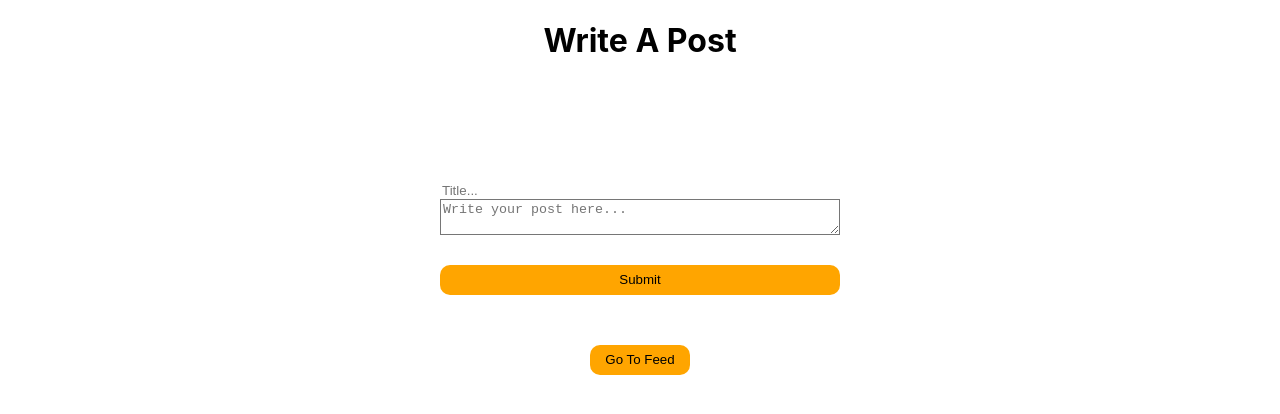
Repository: shaelorch/comp-week4
Page: /addPosts
The author's editor kept a copy of each file at every save. The page is drawn from the files as they stood at one save, then again after a run of saves.
The browser window is 1280 px wide. The pictures show the whole page.
The project was rebuilt for these pictures with package versions that can differ from the ones it lists, and the page was loaded fresh each time. The framework's server and built-in components were replaced by stand-ins that run in the browser. Also part of the build but not shown: next.config.js.

Above is the page before, as saved 2023-02-06 13:29:02.

After the next 3 saves:
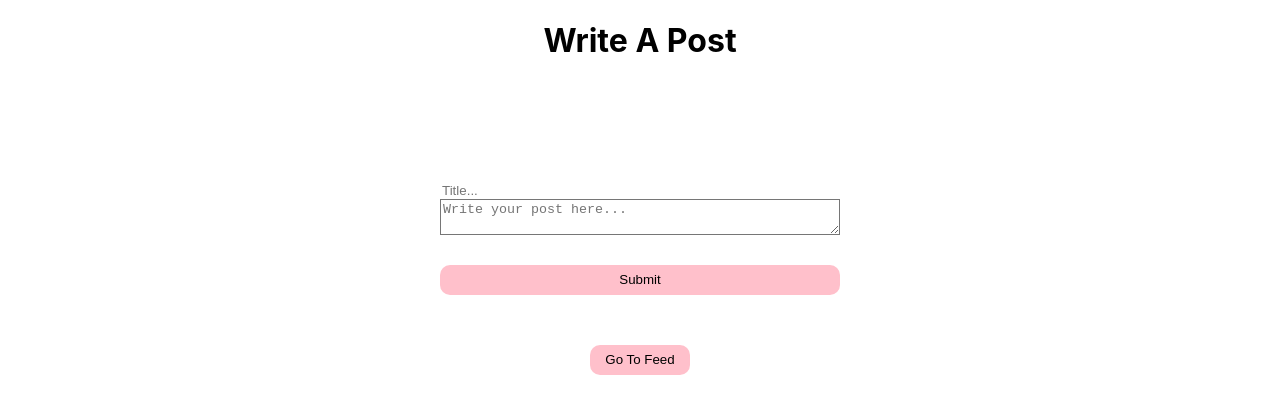
The 3 saves are shown as one change because they came seconds apart.
The last was saved 26 s later.
--- a/pages/addPosts.js
+++ b/pages/addPosts.js
@@ -21,11 +21,11 @@ export default function Home({posts}) {
           <textarea placeholder='Write your post here...' style={{color:'black',backgroundColor:'white'}} value={content} onChange={(e) => setContent(e.target.value)} />
 
 
-            <button style={{backgroundColor:'orange', borderRadius:10, border:'transparent', height:30, marginTop:30}} type="submit">Submit</button>
+            <button style={{backgroundColor:'pink', borderRadius:10, border:'transparent', height:30, marginTop:30}} type="submit">Submit</button>
 
        </form>
         <Link href='/'>
-            <button style={{display:'flex', marginTop:50, backgroundColor:'orange', border:'transparent', height:30, alignItems:'center', borderRadius:10, padding:15}}>Go To Feed</button>
+            <button style={{display:'flex', marginTop:50, backgroundColor:'pink', border:'transparent', height:30, alignItems:'center', borderRadius:10, padding:15}}>Go To Feed</button>
         </Link>
 
 
